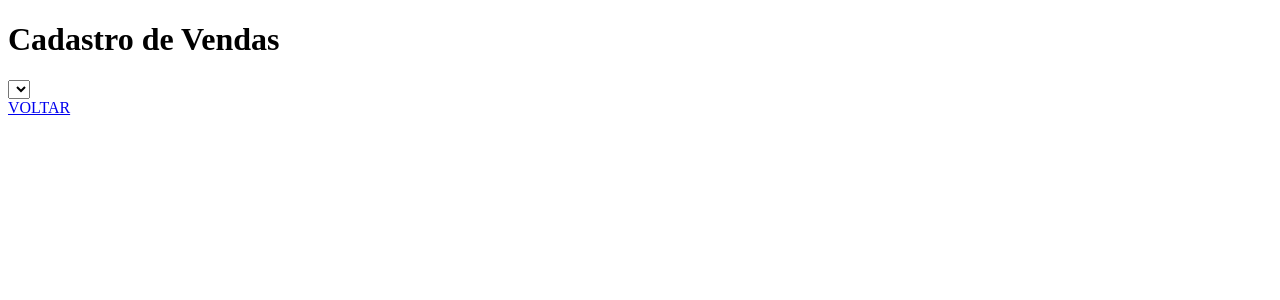
Repository: gabriellacrystina/workspaceWeb
Page: http://localhost/PrjVendas/CadastroVendas.jsp
An editor plug-in stored every save of this project. The page is shown before and after the next save, followed by the edit.
The browser window is 1280 px wide. The pictures show the whole page.
The page is served by Tomcat 9.

Above is the page before, as saved 2015-09-21 13:58:34.

After the next save:
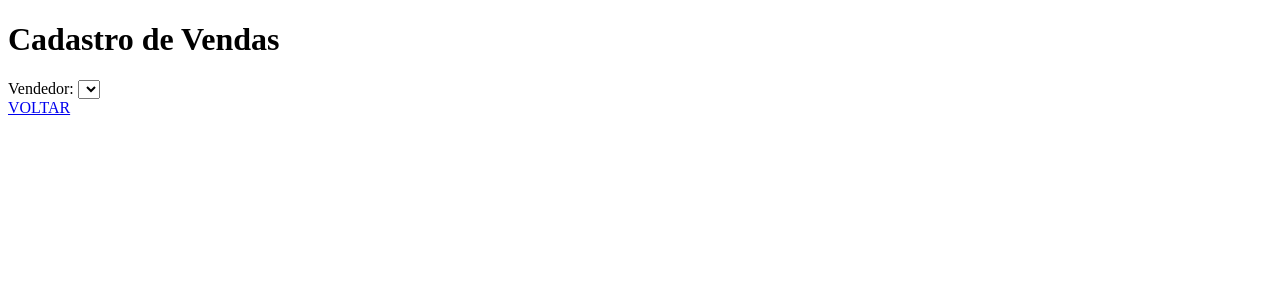
Saved 20 s later.
--- a/PrjVendas/WebContent/CadastroVendas.jsp
+++ b/PrjVendas/WebContent/CadastroVendas.jsp
@@ -14,6 +14,7 @@
 
 		<h1>Cadastro de Vendas</h1>
 
+		Vendedor:
 		<select name="vendedor">
 
 		<%
